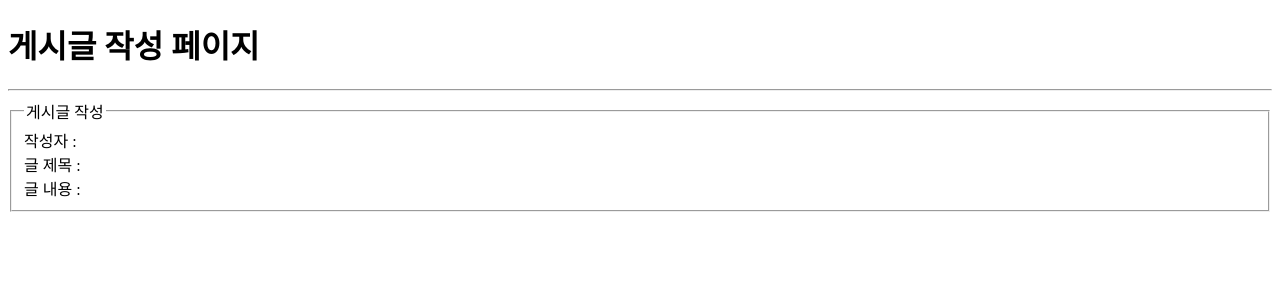
Repository: loseminho/khAcademy-Study
Page: http://localhost/02_SpringMVC_CRUD/boardWriteFrm.do
The author's editor kept a copy of each file at every save. The page is drawn from the files as they stood at one save, then again after the next save.
The browser window is 1280 px wide. The pictures show the whole page.
The page is served by Tomcat 9. Other server files are loaded and not shown.

Above is the page before, as saved 2022-10-04 02:11:59.

### spring/workspace-sts-3.9.13.RELEASE/02_SpringMVC_CRUD/src/main/webapp/WEB-INF/views/board/boardWriteFrm.jsp
<%@ page language="java" contentType="text/html; charset=UTF-8"
    pageEncoding="UTF-8"%>
<!DOCTYPE html>
<html>
<head>
<meta charset="UTF-8">
<title>Insert title here</title>
</head>
<body>
	<h1>게시글 작성 페이지</h1>
	<hr>
	<form action="" method="">
		<fieldset>
			<legend>게시글 작성</legend>
			작성자 :<br>
			글 제목 :<br>
			글 내용 :<br>
		</fieldset>
	</form>
</body>
</html>

After the next save:
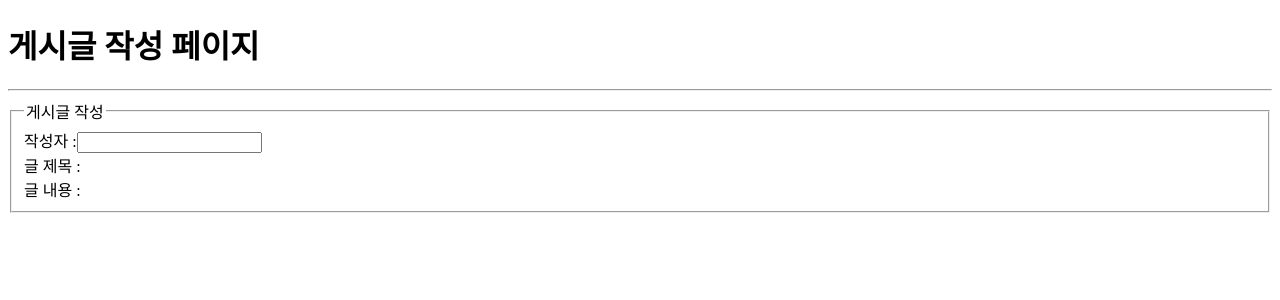
Saved 14 s later.
--- a/spring/workspace-sts-3.9.13.RELEASE/02_SpringMVC_CRUD/src/main/webapp/WEB-INF/views/board/boardWriteFrm.jsp
+++ b/spring/workspace-sts-3.9.13.RELEASE/02_SpringMVC_CRUD/src/main/webapp/WEB-INF/views/board/boardWriteFrm.jsp
@@ -12,7 +12,7 @@
 	<form action="" method="">
 		<fieldset>
 			<legend>게시글 작성</legend>
-			작성자 :<br>
+			작성자 :<input type="text"><br>
 			글 제목 :<br>
 			글 내용 :<br>
 		</fieldset>
